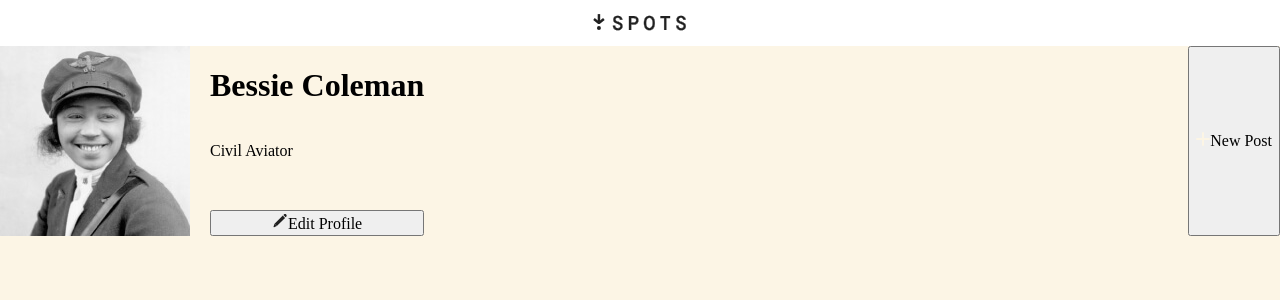
Repository: riffey55/se_project_spots
Page: index.html
The author's editor kept a copy of each file at every save. The page is drawn from the files as they stood at one save, then again after the next save.
The browser window is 1280 px wide. The pictures show the whole page.

Above is the page before, as saved 2025-05-19 17:08:43.

### index.html
<!DOCTYPE html>
<html lang="en">
  <head>
    <meta charset="UTF-8" />
    <meta name="viewport" content="width=device-width, initial-scale=1.0" />
    <meta name="description" content="????" />
    <meta name="author" content="Beren Riffey" />
    <meta name="keywords" content="HTML, CSS. ??" />
    <link rel="stylesheet" href="./pages/index.css" />
    <link rel="icon" type="image/x-icon" href="favicon.ico" />
    <title>Spots</title>
  </head>
  <body>
    <div class="page">
      <header class="header">
        <img src="./images/Logo.svg" alt="Spot logo" class="header__logo" />
      </header>
      <main class="content">
        <section class="profile page__section">
          <img
            src="./images/avatar.jpg"
            alt="Bessie Coleman avatar"
            class="profile__avatar"
          />
          <div class="profile__column">
            <h1 class="profile__name">Bessie Coleman</h1>
            <p class="profile__description">Civil Aviator</p>
            <button class="profile__edit-btn">
              <img src="./images/pencil.svg" alt="Pencil icon" />Edit Profile
            </button>
          </div>
          <button class="profile__add-btn">
            <img src="./images/plus.svg" alt="Plus icon" class="" />New Post
          </button>
        </section>
      </main>
      <footer class="footer"></footer>
    </div>
  </body>
</html>

### pages/index.css
@import url(..vendor/normalize.css);
@import url(../blocks/page.css);
@import url(../blocks/header.css);
@import url(../blocks/profile.css);

### blocks/page.css
.page {
  background-color: #fcf5e5;
  min-height: 100vh;
}

.page__section {
  margin: 0 auto;
  max-width: 1280px;
}

### blocks/profile.css
.profile {
  display: flex;
}

.profile__avatar {
  margin-right: 20px;
}

.profile__column {
  display: flex;
  flex-direction: column;
}

.profile__edit-btn {
  margin-top: auto;
}

.profile__add-btn {
  margin-left: auto;
}

Loaded but not shown: vendor/normalize.css (library); blocks/header.css (common file)

After the next save:
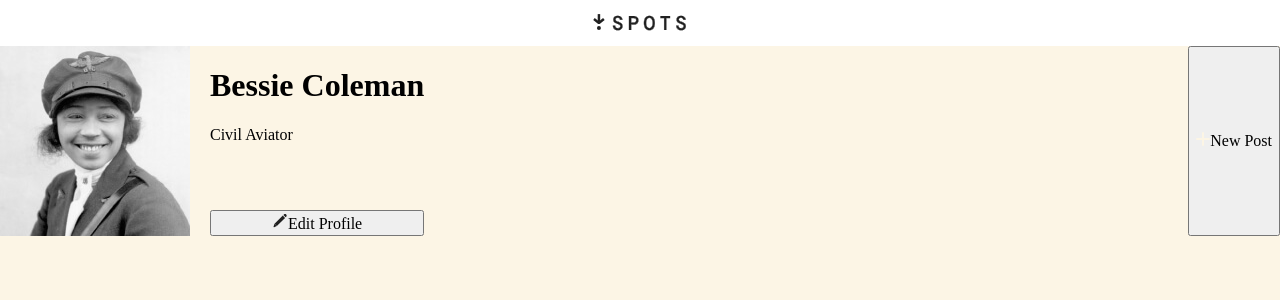
Saved 2 min 37 s later.
--- a/blocks/profile.css
+++ b/blocks/profile.css
@@ -11,6 +11,14 @@
   flex-direction: column;
 }
 
+.profile__title {
+  margin: 0;
+}
+
+.profile__description {
+  margin: 0;
+}
+
 .profile__edit-btn {
   margin-top: auto;
 }
